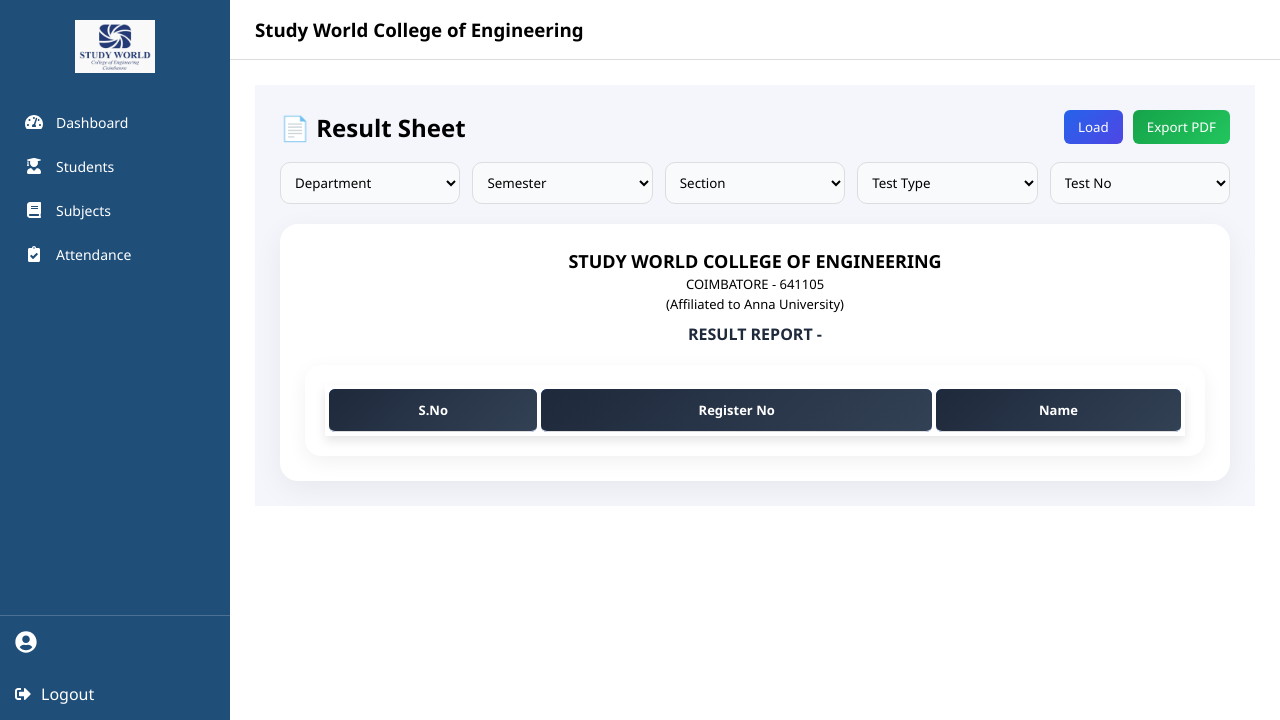
Repository: arthanarieswara/frontend
Page: /result-sheet
An editor plug-in stored every save of this project. The page is shown before and after the next save, followed by the edit.
The browser window is 1280 px wide. The pictures show the whole page.
The page's requests for data from a server got no answer. The project was rebuilt for these pictures with package versions that can differ from the ones it lists, and the page was loaded fresh each time. No one was signed in, and anything a server would have sent is missing. Also part of the build but not shown: vite.config.js, src/pages/auth/Login.jsx, src/pages/dashboard/Dashboard.css, src/pages/dashboard/Dashboard.jsx, src/pages/departments/Departments.jsx, src/pages/students/Students.css, src/pages/students/Students.jsx, src/pages/faculty/Faculty.css and 13 more.

Above is the page before, as saved 2026-04-13 15:35:06.

After the next save:
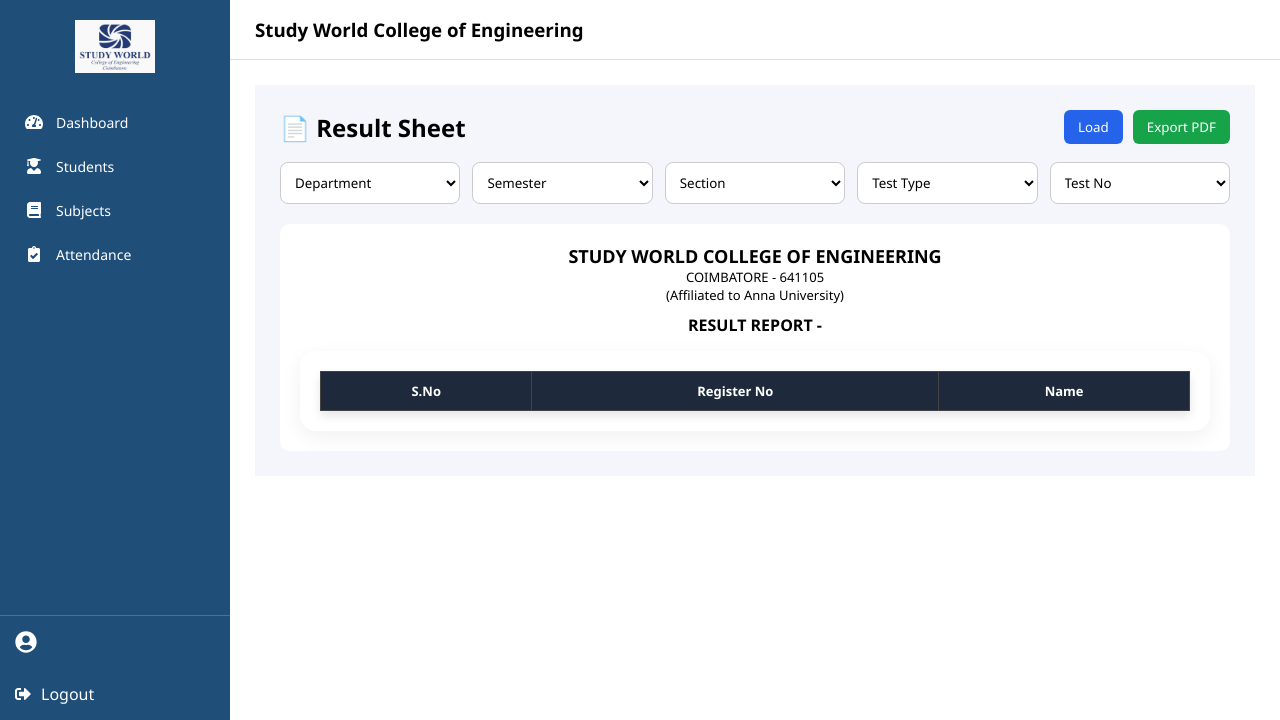
Saved 4 min 33 s later.
--- a/src/pages/marks/ResultSheet.css
+++ b/src/pages/marks/ResultSheet.css
@@ -25,20 +25,20 @@
 
 .btn {
   padding: 10px 16px;
-  border-radius: 10px;
+  border-radius: 8px;
   border: none;
   cursor: pointer;
+  font-weight: 500;
   transition: 0.3s;
-  font-weight: 500;
 }
 
 .btn.primary {
-  background: linear-gradient(135deg, #2563eb, #4f46e5);
+  background: #2563eb;
   color: white;
 }
 
 .btn.success {
-  background: linear-gradient(135deg, #16a34a, #22c55e);
+  background: #16a34a;
   color: white;
 }
 
@@ -46,7 +46,7 @@
   transform: scale(1.05);
 }
 
-/* ================= FILTER BAR ================= */
+/* ================= FILTER ================= */
 .filter-bar {
   display: grid;
   grid-template-columns: repeat(auto-fit, minmax(150px, 1fr));
@@ -56,30 +56,22 @@
 
 .filter-bar select {
   padding: 10px;
-  border-radius: 10px;
-  border: 1px solid #ddd;
-  background: #f9fafb;
-  transition: 0.2s;
-}
-
-.filter-bar select:focus {
-  border-color: #2563eb;
+  border-radius: 8px;
+  border: 1px solid #ccc;
   background: white;
-  outline: none;
 }
 
 /* ================= PDF CONTAINER ================= */
 .pdf-container {
   background: white;
-  padding: 25px;
-  border-radius: 18px;
-  box-shadow: 0 8px 30px rgba(0,0,0,0.06);
+  padding: 20px;
+  border-radius: 10px;
 }
 
 /* ================= COLLEGE HEADER ================= */
 .college-block {
   text-align: center;
-  margin-bottom: 20px;
+  margin-bottom: 15px;
 }
 
 .college-block h3 {
@@ -88,47 +80,41 @@
 }
 
 .college-block p {
-  margin: 2px 0;
   font-size: 13px;
 }
 
 .college-block h4 {
   margin-top: 10px;
-  font-weight: 600;
-  color: #1e293b;
 }
 
 /* ================= TABLE ================= */
 .table-wrapper {
   overflow-x: auto;
-  border-radius: 12px;
-}
-
-/* TABLE STRUCTURE */
+}
+
+/* 🔥 FULL GRID TABLE */
 .result-table {
   width: 100%;
-  border-collapse: separate;
-  border-spacing: 4px; /* 🔥 spacing for premium look */
+  border-collapse: collapse;
 }
 
 /* HEADER */
 .result-table th {
-  background: linear-gradient(135deg, #1e293b, #334155);
+  border: 1px solid #444;
+  background: #1e293b;
   color: white;
-  padding: 12px;
+  padding: 10px;
   font-size: 13px;
-  border-radius: 6px;
   text-align: center;
 }
 
 /* CELLS */
 .result-table td {
-  background: #ffffff;
-  padding: 10px;
-  border-radius: 6px;
+  border: 1px solid #444;  /* 🔥 FULL GRID */
+  padding: 8px;
   font-size: 13px;
   text-align: center;
-  transition: 0.2s;
+  background: white;
 }
 
 /* NAME ALIGN */
@@ -137,47 +123,41 @@
   font-weight: 500;
 }
 
-/* ROW STRIPING */
-.result-table tbody tr:nth-child(even) td {
-  background: #f8fafc;
-}
-
-/* HOVER */
+/* ROW HOVER */
 .result-table tr:hover td {
-  background: #e0f2fe;
+  background: #f1f5f9;
 }
 
 /* ================= MARK COLORS ================= */
 
 /* PASS */
 .pass {
-  background: linear-gradient(135deg, #3b82f6, #2563eb);
-  color: white;
-  font-weight: 600;
+  color: #16a34a;
+  font-weight: bold;
+  background: #f0fdf4;
 }
 
 /* FAIL */
 .fail {
-  background: linear-gradient(135deg, #ef4444, #dc2626);
-  color: white;
-  font-weight: 600;
-}
-
-/* ABSENT (light, clean) */
+  color: #dc2626;   /* 🔥 RED */
+  font-weight: bold;
+  background: #fef2f2;
+}
+
+/* ABSENT */
 .absent {
+  color: #f97316;
+  font-weight: bold;
   background: #fff7ed;
-  color: #f97316;
-  font-weight: 600;
 }
 
 /* ================= ANALYSIS ================= */
 .analysis-section {
-  margin-top: 25px;
+  margin-top: 20px;
 }
 
 .analysis-section h4 {
   margin-bottom: 8px;
-  font-weight: 600;
 }
 
 /* ANALYSIS TABLE */
@@ -185,50 +165,25 @@
   width: 100%;
   border-collapse: collapse;
   margin-bottom: 15px;
-  border-radius: 12px;
-  overflow: hidden;
 }
 
 .analysis-table th {
+  border: 1px solid #444;
   background: #f1f5f9;
-  padding: 10px;
+  padding: 8px;
   text-align: left;
-  font-size: 13px;
-  font-weight: 600;
 }
 
 .analysis-table td {
-  border: 1px solid #eee;
-  padding: 10px;
-  text-align: center;
-  font-size: 13px;
-}
-
-/* HOVER */
-.analysis-table tr:hover {
-  background: #f9fafb;
+  border: 1px solid #444;
+  padding: 8px;
+  text-align: center;
 }
 
 /* NIL COLUMN */
 .analysis-table td:last-child {
   font-weight: bold;
   color: #2563eb;
-}
-
-/* ================= TOPPER (OPTIONAL) ================= */
-.topper {
-  background: linear-gradient(135deg, #22c55e, #16a34a) !important;
-  color: white;
-}
-
-/* ================= SCROLLBAR ================= */
-.table-wrapper::-webkit-scrollbar {
-  height: 8px;
-}
-
-.table-wrapper::-webkit-scrollbar-thumb {
-  background: #cbd5f5;
-  border-radius: 10px;
 }
 
 /* ================= PRINT / PDF ================= */
